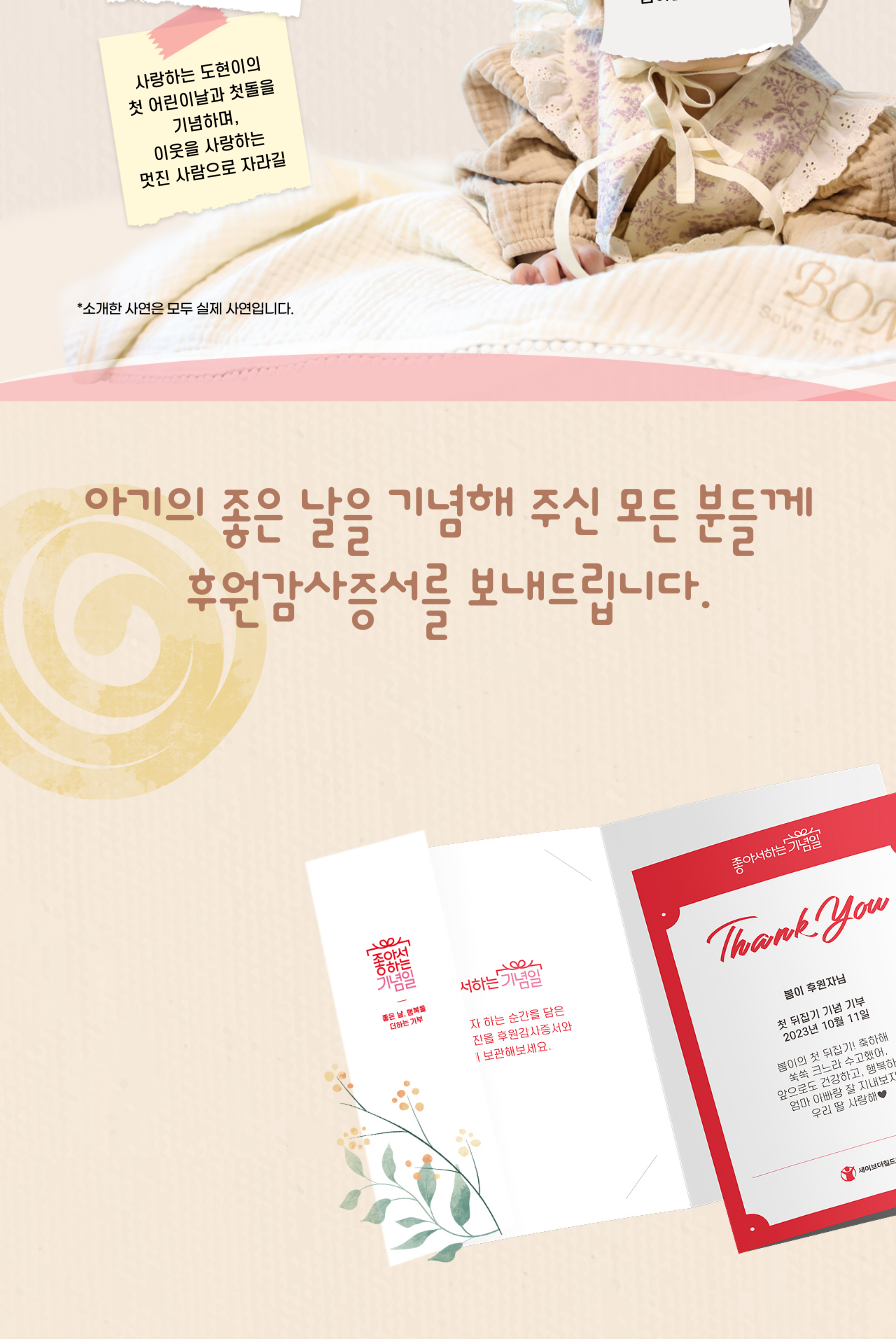
Repository: dlgywls1130/save_the_children
Page: index.html
These files come from the project's save history. The page is drawn as it stood at one moment and after the next save; the edit follows.
The browser window is 1280 px wide. The pictures show the part of the page from y = 1847 to 3767 px (the page is 4840 px tall), at 70% of full size.

Above is the page before, as saved 2023-12-13 10:22:22.

### index.html
<!DOCTYPE html>
<html lang="en">
<head>
    <meta charset="UTF-8">
    <meta name="viewport" content="width=device-width, initial-scale=1.0">
    <title>세이브더칠드런</title>

    <link rel="stylesheet" href="./css/reset.css">
    <link rel="stylesheet" href="./css/style.css">
</head>
<body>
    <div class="content_body">
        <section class="section_wrapper section01">
            <div class="se01 se_wrapper">
                <div class="se01_sub">
                    <div class="sub_logo">
                        <img src="./img/logo01.png" alt="logo">
                    </div>
                    <p>우리 아기 좋은 날 기부</p>
                </div>
                <p class="seo01_title">
                    아가야,
                </p>
                <p class="seo01_title_two">
                    너의 <span>탄생</span> 순간을 축하해!
                </p>
                <p class="section_descript mb-45">
                    처음 아기의 심장 소리를 들었던 순간,
                    <br>여린 아가의 성장이 실감나던 배냇짓,
                    <br>기적 같았던 백일,
                    <br>그리고 아이의 첫 생일인 첫돌...
                </p>
                <p class="section_descript">
                    아이의 건강과 행복을 바라는 마음을 담아,
                    <br>내 아이의 소중한 순간을 기부로 기념해보세요.
                    <br>함께 자라나는 다른 아이들에게도 큰 축복이 됩니다.
                </p>

                <a class="donation_link" href="javascript:void(0)">우리 아기 좋은 날 기부</a>
            </div>
        </section>
        <section class="section_wrapper section02">
            <div class="se02 se_wrapper">
                <div class="postit_wrapper">
                    <div class="postit postit01">
                        <p>우리 아들 우현이의<br>
                        200일을 축하해.<br>
                        건강하게 자라줘서 고마워 ❤<br>
                        늘 사랑받고 받은 사랑만큼<br>
                        베풀 수 있는 건강하고<br>
                        멋진 아들이 되길 바래!</p>
                    </div>
                    <div class="postit postit02">
                        <p>우리 새로아<Br>
                        백일 동안 무럭무럭 자라줘서<Br>
                        고마워~앞으로도 건강하고<Br>
                        우리 같이 재미있게 많이 놀자.<Br>
                        엄마,아빠가 많이 사랑해.</p>
                    </div>
                    <div class="postit postit03">
                        <p>서진아<br>
                        우리에게 와줘서 고마워<br>
                        건강하고 행복하게 자라렴.<br>
                        사랑해♡      </p>
                    </div>
                    <div class="postit postit04">
                        <p>보미야<br>
                        첫 번째 생일 축하해<br>
                        너의 존재가 온 세상에<br>
                        봄이길 바랄게!   </p>
                    </div>
                    <div class="postit postit05">
                        <p>사랑하는 도현이의<br>
                        첫 어린이날과 첫돌을<br>
                        기념하며, <br>
                        이웃을 사랑하는<br>
                        멋진 사람으로 자라길</p>

                    </div>
                </div>
                <p class="ex_text">*소개한 사연은 모두 실제 사연입니다.</p>

            </div>
        </section>
        <section class="section_wrapper section03">
            <div class="se_wrapper se03">
                <div class="se03_title">
                    아기의 좋은 날을 기념해 주신 모든 분들께
                    <br>후원감사증서를 보내드립니다.
                </div>
            </div>

        </section>
        <section class="section_wrapper section04">

        </section>
        <section class="section_wrapper section05">

        </section>
        <section class="section_wrapper section06">

        </section>
        <section class="section_wrapper section07">

        </section>
        <section class="section_wrapper section08">

        </section>
    </div>
</body>
</html>

### css/reset.css


html, body, div, span, applet, object, iframe,
h1, h2, h3, h4, h5, h6, p, blockquote, pre,
a, abbr, acronym, address, big, cite, code,
del, dfn, em, img, ins, kbd, q, s, samp,
small, strike, strong, sub, sup, tt, var,
b, u, i, center,
dl, dt, dd, ol, ul, li,
fieldset, form, label, legend,
table, caption, tbody, tfoot, thead, tr, th, td,
article, aside, canvas, details, embed,
figure, figcaption, footer, header, hgroup,
menu, nav, output, ruby, section, summary,
time, mark, audio, video {
	margin: 0;
	padding: 0;
	border: 0;
	font-size: 100%;
	font: inherit;
	vertical-align: baseline;
}

article, aside, details, figcaption, figure,
footer, header, hgroup, menu, nav, section {
	display: block;
}
body {
	line-height: 1;
}
ol, ul {
	list-style: none;
}
blockquote, q {
	quotes: none;
}
blockquote:before, blockquote:after,
q:before, q:after {
	content: '';
	content: none;
}
table {
	border-collapse: collapse;
	border-spacing: 0;
}

### css/style.css

/* root */
:root{
    --main-color:#B17A60;
    --pink-color:#F79497;
}


/* font */

/* dongle */
@font-face {
    font-family: 'Dongle';
    font-weight: 300;
    src: url('../font/Dongle-Light.ttf') format('ttf'),
    url('../font/Dongle-Light.woff') format('woff');
}

@font-face {
    font-family: 'Dongle';
    font-weight: 500;
    src: url('../font/Dongle-Regular.ttf') format('ttf'),
    url('../font/Dongle-Regular.woff') format('woff');
}

@font-face {
    font-family: 'Dongle';
    font-weight: 700;
    src: url('../font/Dongle-Bold.ttf') format('ttf'),
    url('../font/Dongle-Bold.woff') format('woff');
}


/* Gmarket */
@font-face {
    font-family: 'GmarketSans';
    font-weight: 300;
    src: url('../font/GmarketSansLight.ttf') format('ttf'),
    url('../font/GmarketSansLight.woff') format('woff');
}

@font-face {
    font-family: 'GmarketSans';
    font-weight: 500;
    src: url('../font/GmarketSansMedium.ttf') format('ttf'),
    url('../font/GmarketSansMedium.woff') format('woff');
}

@font-face {
    font-family: 'GmarketSans';
    font-weight: 700;
    src: url('../font/GmarketSansBold.ttf') format('ttf'),
    url('../font/GmarketSansBold.woff') format('woff');
}


/* nanumsqure */

@font-face {
    font-family: 'NanumSquare';
    font-weight: 400;
    src: url('../font/NanumSquareL.ttf') format('ttf'),
    url('../font/NanumSquareL.woff') format('woff');
}

@font-face {
    font-family: 'NanumSquare';
    font-weight: 500;
    src: url('../font/NanumSquareR.ttf') format('ttf'),
    url('../font/NanumSquareR.woff') format('woff');
}

@font-face {
    font-family: 'NanumSquare';
    font-weight: 600;
    src: url('../font/NanumSquareB.ttf') format('ttf'),
    url('../font/NanumSquareB.woff') format('woff');
}

@font-face {
    font-family: 'NanumSquare';
    font-weight: 700;
    src: url('../font/NanumSquareEB.ttf') format('ttf'),
    url('../font/NanumSquareEB.woff') format('woff');
}



/* scdream5 */
@font-face {
    font-family: 'SCDream5';
    src: url('../font/SCDream5.woff') format('woff'),
    url('../font/SCDream5.ttf') format('ttf'),
    url('../font/SCDream5.otf') format('otf');
}


.section_wrapper{
    max-width:1920px;
    width: 100%;

}

.se_wrapper{
    max-width: 1060px;
    margin: 0 auto;
    width: 100%;
    position: relative;
}


/* common */
.mb-45{margin-bottom: 45px;}

/* section01 */


.section01{
    background: url('../img/back01.jpg') no-repeat;
    height: 1080px;

}

.se01{
    padding: 230px 0 70px;

}
.se01_sub{

    display: flex;
    align-items: center;
    margin-bottom: 30px;
}

.sub_logo{
    width: 198px;
    height: 65px;
    margin-right: 15px;
}

.sub_logo img{
    width: 100%;
    height: 100%;
    object-fit: contain;
}

.se01_sub p{
    width: 302px;
    height: 52px;
    background: #B17A60;
    border-radius: 20px;
    display: flex;
    align-items: center;
    justify-content: center;
    letter-spacing: -0.03em;
    font-size: 25px;
    font-weight: 700;
    font-family: 'GmarketSans',sans-serif;
    color: #fff;
}

.seo01_title{
    font-family: 'Dongle',sans-serif;
    font-weight: 500;
    font-size: 150px;
    color: var(--main-color);
    letter-spacing: -0.03em;
}

.seo01_title_two{
    font-family: 'Dongle',sans-serif;
    font-weight: 500;
    font-size: 120px;
    color: var(--main-color);
    letter-spacing: -0.03em;
    margin-top: -4%;
    margin-bottom: 50px;
}

.section_descript{
    font-size: 25px;
    line-height: 35px;
    font-family: 'GmarketSans';
    font-weight: 500;
    letter-spacing: -0.03em;
    color: #000;
}

.donation_link{
    width: 560px;
    height: 75px;
    border-radius: 100px;
    display: flex;
    align-items: center;
    justify-content: center;
    background: var(--pink-color);
    color: #fff;
    font-family: 'GmarketSans';
    font-size: 35px;
    font-weight: 700;
    letter-spacing: -0.03em;
    text-decoration: none;
    margin: 45px auto 0;
}
/* section02 */

.section02{
    height: 1340px;
    background: url('../img/back03.jpg') no-repeat;
}

.se02{
    padding: 76px 0 96px;
    height: 100%;
}
.postit_wrapper{
    width: 100%;
    position: relative;
    height: 1123px;
}

.ex_text{
    font-family: 'GmarketSans';
    font-size: 20px;
    font-weight: 500;
    letter-spacing: -0.03em;
}

.postit {
    position: absolute;
}
.postit p{
    font-family: 'SCDream5';
    font-size: 23px;
    line-height: 35px;
    text-align: center;
    display: flex;
    justify-content: center;
    align-items: center;
    height: 100%;
}

.postit01{
    background:url('../img/post04.png') no-repeat;
    width: 438px;
    height: 438px;
    background-size: contain;
    box-sizing: border-box;
    left: 64px;
    top: 0;

}

.postit01 p{
    transform: rotate(358deg);
    padding-top: 20px;
}

.postit02{
    background: url('../img/post05.png') no-repeat;
    width: 450px;
    height: 450px;
    background-size: contain;
    box-sizing: border-box;
    top: 0;
    right: 0;

}

.postit02 p{
    transform: rotate(10deg);
    padding-top: 20px;
}

.postit03{
    background:url('../img/post02.png') no-repeat;
    width: 400px;
    height: 400px;
    background-size: contain;
    box-sizing: border-box;
    left: 0;
    top: 31%;
    z-index: 1;
}

.postit03 p{
    transform: rotate(7deg);
    padding-top: 20px;
}

.postit04{
    background: url(../img/post03.png) no-repeat;
    width: 380px;
    height: 380px;
    background-size: cover;
    box-sizing: border-box;
    top: 39%;
    right: 0;
}

.postit04 p{
    transform: rotate(354deg);
}

.postit05{
    background:url('../img/post01.png') no-repeat;
    width: 390px;
    height: 390px;
    background-size: contain;
    box-sizing: border-box;
    top: 58%;
    left: -13px;
}

.postit05 p{
    transform: rotate(-9deg);
    padding-top: 20px;
}

/* section03 */

.section03{
    height: 1340px;
    background: url('../img/back04.jpg') no-repeat;
}

.se03{
    padding: 99px 0 96px;
    height: 100%;
}


.se03_title{
    font-size: 120px;
    line-height: 120px;
    letter-spacing: -0.03em;
    font-family: 'Dongle';
    font-weight: 500;
    color: var(--main-color);
    text-align: center;
}

.se03_sub{
    font-size: 25px;
    letter-spacing: -0.03em;
    line-height: 50px;
    font-family: 'GmarketSans';
    font-weight: 500;
    text-align: center;
}

/* section04 */

.section04{
    height: 1080px;

}

/* section05 */

/* section06 */

/* section07 */

/* section08 */

After the next save:
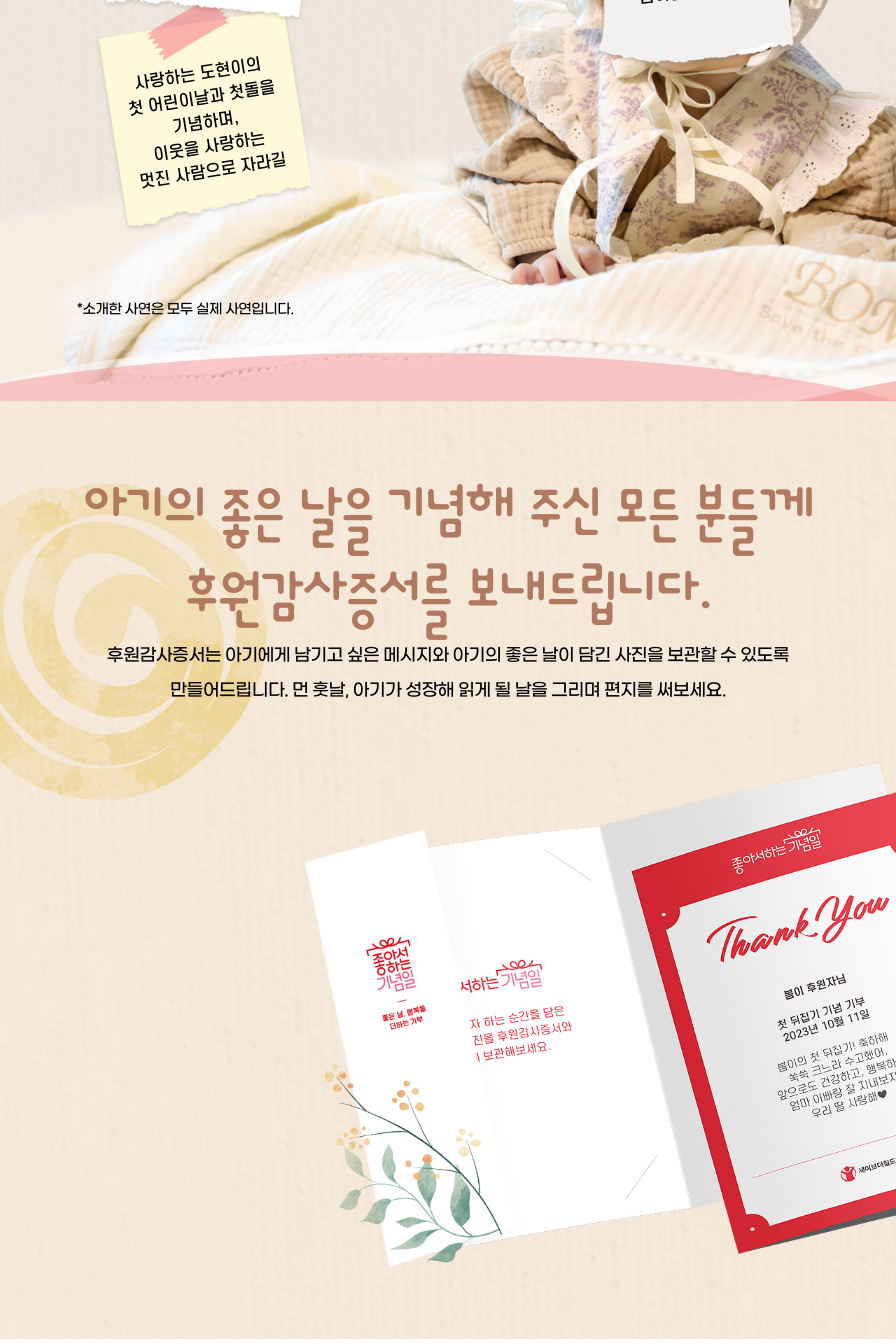
Saved 1 s later.
--- a/index.html
+++ b/index.html
@@ -88,6 +88,10 @@
                     아기의 좋은 날을 기념해 주신 모든 분들께
                     <br>후원감사증서를 보내드립니다.
                 </div>
+                <div class="se03_sub">
+                    후원감사증서는 아기에게 남기고 싶은 메시지와 아기의 좋은 날이 담긴 사진을 보관할 수 있도록
+                    <br>만들어드립니다. 먼 훗날, 아기가 성장해 읽게 될 날을 그리며 편지를 써보세요.
+                </div>
             </div>
 
         </section>
